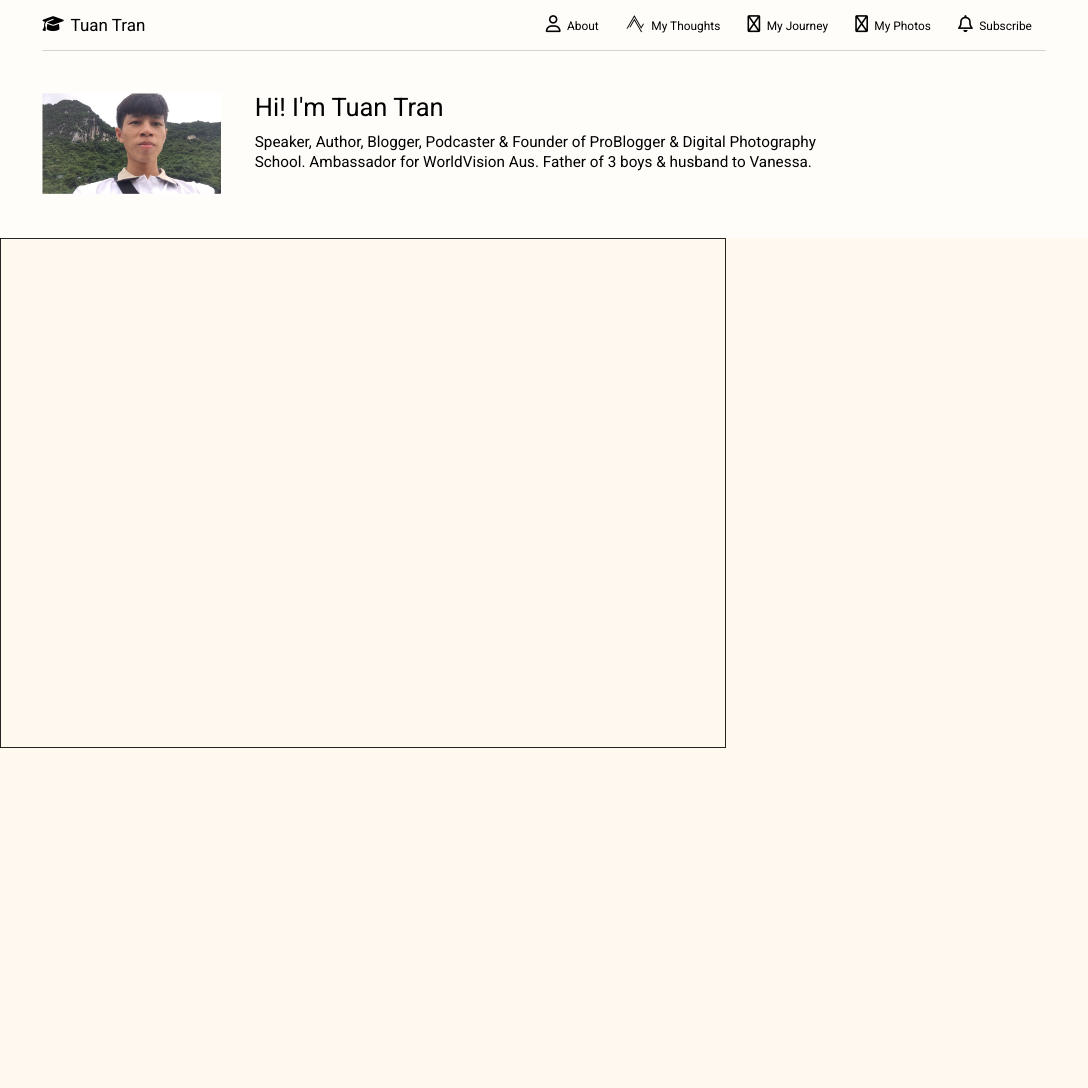
Repository: TranDinhTuann/Blog-Demo
Page: index.html
An editor plug-in stored every save of this project. The page is shown before and after the next save, followed by the edit.
The browser window is 1280 px wide. The pictures show the whole page, at 85% of full size.

Above is the page before, as saved 2023-03-22 20:08:02.

After the next save:
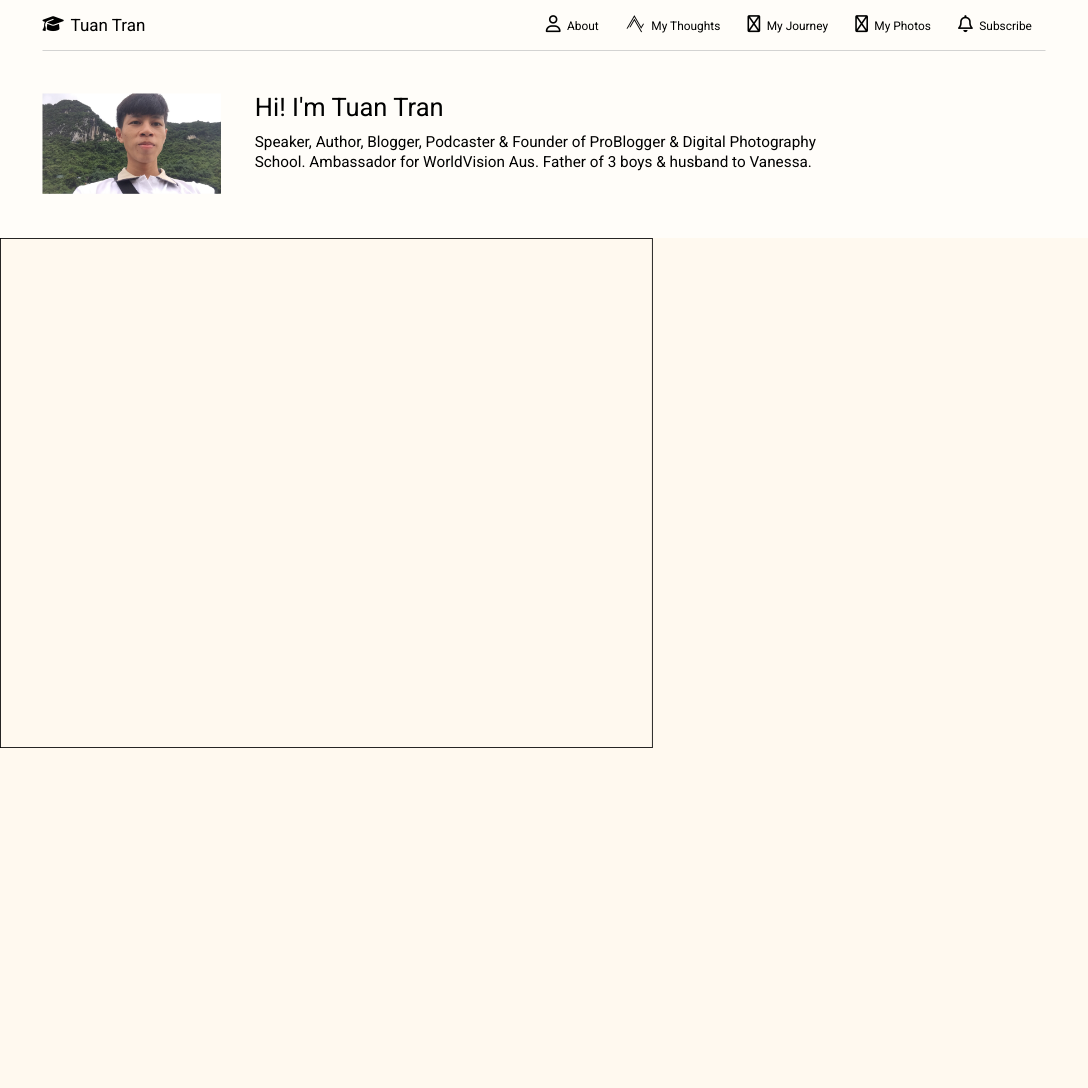
Saved 13 s later.
--- a/assets/css/main.css
+++ b/assets/css/main.css
@@ -99,12 +99,10 @@
     display: flex;
 }
 .content {
-    /* width: 60%; */
+    width: 60%;
     border: 1px solid #000;
     height: 600px;
-    flex: 2;
 }
 .sitebar {
-    /* width: 40%; */
-    flex: 1;
+    width: 40%;
 }
